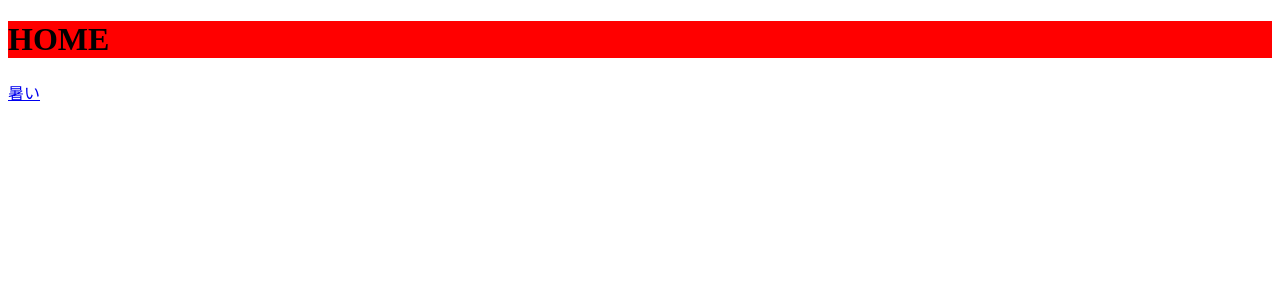
Repository: fukkatsuno-neda/samurai_HTML-CSS
Page: テスト/test.html
The author's editor kept a record of every edit. The page is drawn from the files as they stood at one moment, then again after the next edit.
The browser window is 1280 px wide. The pictures show the whole page.

Above is the page before.

After the next edit:
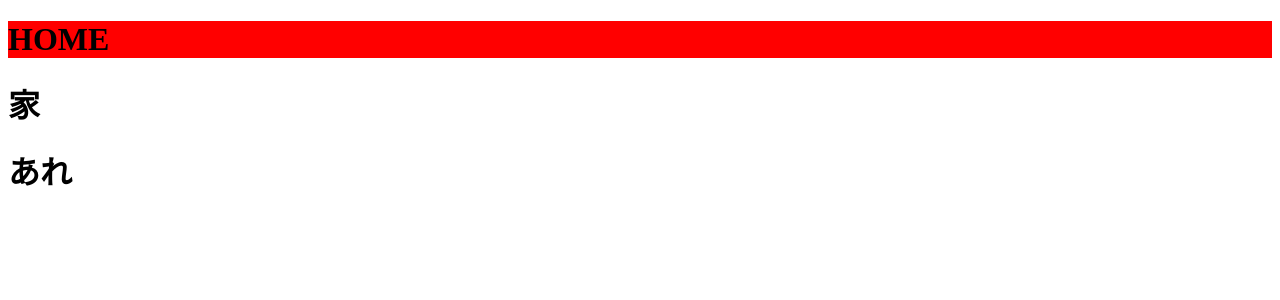
The edit:
--- a/テスト/test.html
+++ b/テスト/test.html
@@ -11,7 +11,9 @@
 </head>
 <body>
     <h1>HOME</h1>
-    <a href="index.html">暑い</a>
+    <h1>家</h1>
+    <h1>あれ</h1>
+
 
 </body>
 </html>
